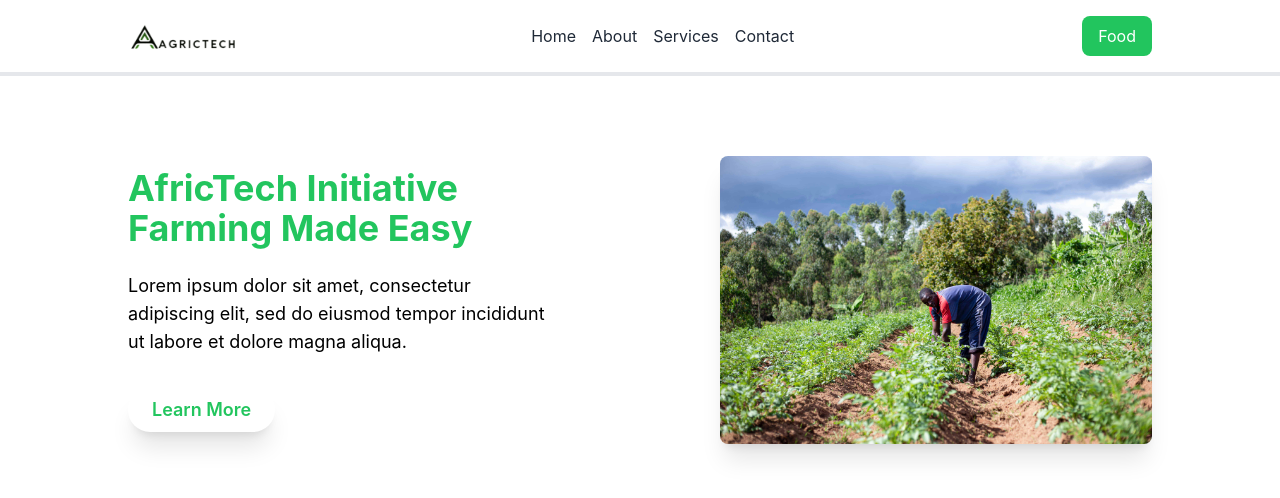
Repository: akinolapo/agric-tech
Page: /
The author's editor kept a copy of each file at every save. The page is drawn from the files as they stood at one save, then again after a run of saves.
The browser window is 1280 px wide. The pictures show the whole page.
The project was rebuilt for these pictures with package versions that can differ from the ones it lists, and the page was loaded fresh each time.

Above is the page before, as saved 2023-05-27 00:23:21.

After the next 2 saves:
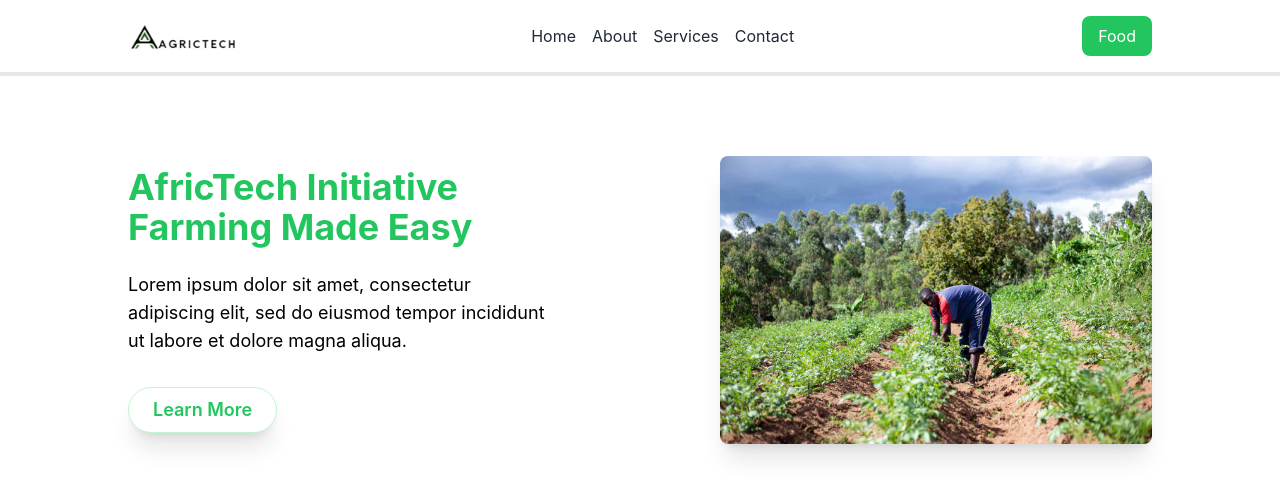
The 2 saves are shown as one change because they came seconds apart.
The last was saved 19 s later.
--- a/src/components/Hero.jsx
+++ b/src/components/Hero.jsx
@@ -7,7 +7,7 @@ const Hero = () => {
         <div className="lg:w-1/2">
           <h1 className="text-4xl font-bold mb-6 text-green-500">AfricTech Initiative <br></br> Farming Made Easy</h1>
           <p className="text-lg mb-8">Lorem ipsum dolor sit amet, consectetur adipiscing elit, sed do eiusmod tempor incididunt ut labore et dolore magna aliqua.</p>
-          <button className="bg-white text-lg border-green-200 text-green-500 py-2 px-6 rounded-full font-semibold shadow-xl hover:shadow-2xl transition duration-300">Learn More</button>
+          <button className="bg-white text-lg border border-green-200 text-green-500 py-2 px-6 rounded-full font-semibold shadow-xl hover:shadow-2xl transition duration-300">Learn More</button>
         </div>
         <div className="lg:w-1/2">
           <img src={process.env.PUBLIC_URL+`media/hero.jpg`}alt="Agriculture" className="rounded-lg shadow-xl" />
